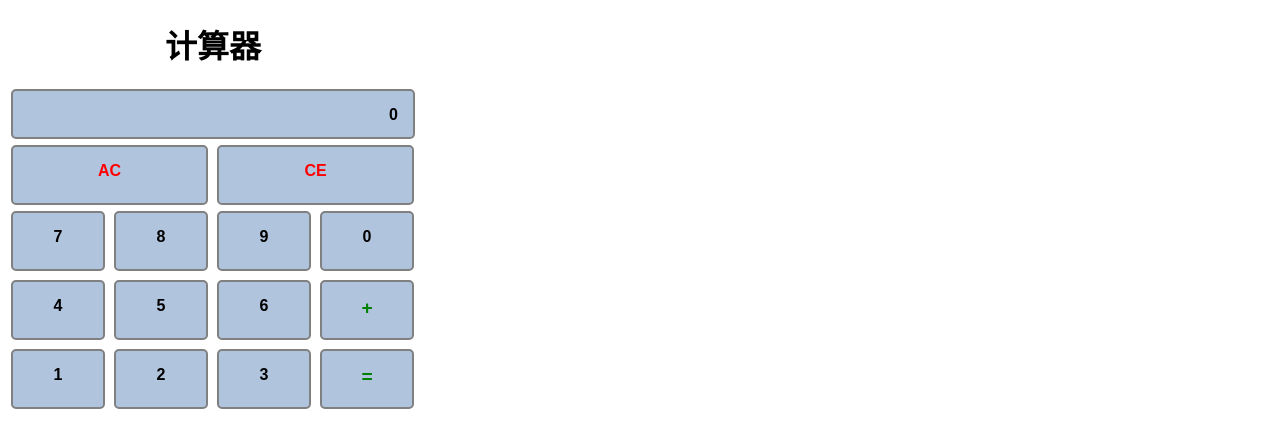
Repository: fzw1202/web-calculator
Page: index.html
An editor plug-in stored every save of this project. The page is shown before and after the next save, followed by the edit.
The browser window is 1280 px wide. The pictures show the whole page.

Above is the page before, as saved 2023-03-24 15:49:07.

After the next save:
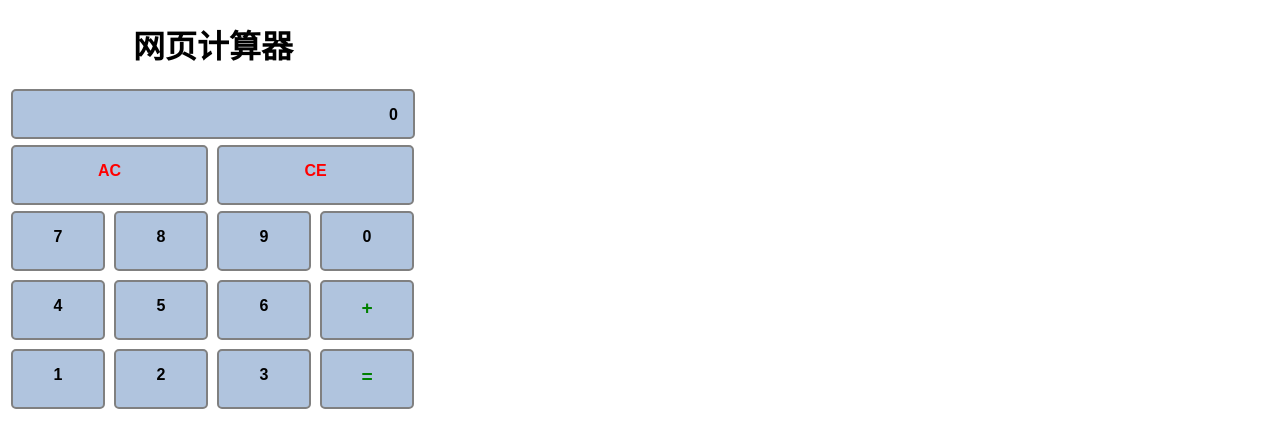
Saved 24 s later.
--- a/index.html
+++ b/index.html
@@ -3,14 +3,14 @@
 
 <head>
     <meta charset="utf-8" />
-    <title>一个简单的计算器</title>
+    <title>网页计算器</title>
     <link href="img/calculator.png" rel="shortcut icon"/>
     <link href="css/style.css" rel="stylesheet" type="text/css" />
     <script src="js/calc.js" defer></script>
 </head>
 
 <body>
-    <h1 style="text-align:center;"> 计算器 </h1>
+    <h1 style="text-align:center;"> 网页计算器 </h1>
     <div id="screen">0</div>
 
     <div class="function">
